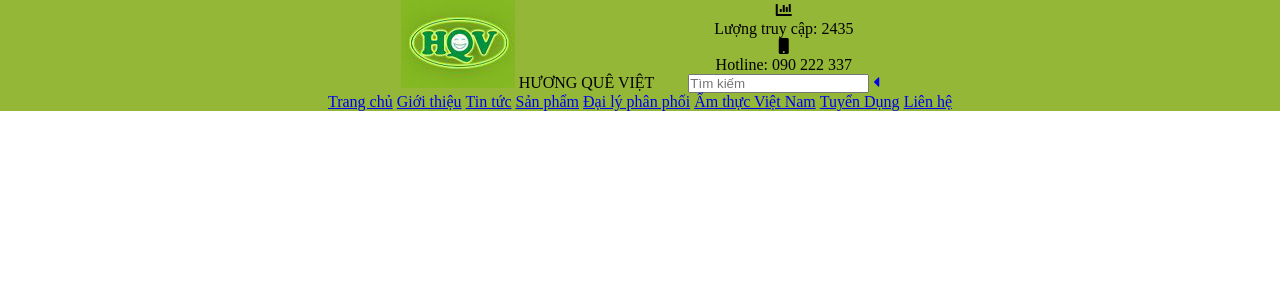
Repository: NgocTruong0701/Self_Learning
Page: html/practice/Baitapweb/index.html
These files come from the project's save history. The page is drawn as it stood at one moment and after a run of saves; the edit follows.
The browser window is 1280 px wide. The pictures show the whole page.

Above is the page before, as saved 2021-10-06 16:40:39.

### html/practice/Baitapweb/index.html
<!DOCTYPE html>
<html>
    <head>
        <title>Web Bài 4</title>
        <meta charset="UTF-8">
        <meta name="author" content="Lê Ngọc Trường">
        <link rel="stylesheet" type="text/css" href="./assets/css/styles.css">
        <link rel="stylesheet" href="./assets/font/fontawesome-free-5.15.4-web/css/all.css">
    </head>

    <body>
        <!-- Begin Header -->
        <header>
            <!-- logo -->
            <div class="logo">
                <img src="./assets/pictures/logo/logo.jpg" alt="logo">
            </div>

            <!-- tiêu đề -->
            <div class="header-heading">
                hương quê việt
            </div>

            <!-- khối bên phải -->
            <div class="box-right">
                <div class="thongtin">
                    <div class="ltruycap">
                        <i class="fas fa-chart-bar"></i>
                        <p>Lượng truy cập: 2435</p>
                    </div>

                    <div class="hotline">
                        <i class="fas fa-mobile"></i>
                        <p>Hotline: 090 222 337</p>
                    </div>
                </div>

                <div class="search">
                    <form action="url" method="GET">
                        <input type="text" placeholder="Tìm kiếm">
                        <a href="#">
                            <i class="fas fa-caret-left"></i>
                        </a>
                    </form>
                </div>
            </div>

            <!-- menu header -->
            <div class="menu-header">
                <ul class="menu-tren">
                    <li><a href="#">Trang chủ</a></li>
                    <li><a href="#">Giới thiệu</a></li>
                    <li><a href="#">Tin tức</a></li>
                    <li><a href="#">Sản phẩm</a></li>
                    <li><a href="#">Đại lý phân phối</a></li>
                    <li><a href="#">Ẩm thực Việt Nam</a></li>
                    <li><a href="#">Tuyển Dụng</a></li>
                    <li><a href="#">Liên hệ</a></li>
                </ul>
            </div>

        </header>
        <!-- End Header -->

        <!-- Begin Body -->
        <div id="container">

        </div>
        <!-- End Body -->

        <!-- Begin Footer -->
        <footer>

        </footer>
        <!-- End Footer -->
    </body>
</html>

### html/practice/Baitapweb/assets/css/styles.css
/* RESET CSS */
*{
    padding:0;
    margin: 0;
    box-sizing:border-box;
}

/* Begin Header */
header{
    background-color: #94b737;
    text-align: center;
}

.logo{
    display: inline-block;
}

.header-heading{
    text-transform: uppercase;
    display: inline-block;
    padding-right:30px;
}

header .box-right{
    display: inline-block;
}

.menu-tren li{
    display: inline-block;
}


/* End Header */

/* Begin Container */




/* End Container */

/* Begin Footer */





/* End Footer */

Loaded but not shown: html/practice/Baitapweb/Web4-Webside-LeNgocTruong-2020601391/assets/font/fontawesome-free-5.15.4-web/css/all.css (library)

After the next 2 saves:
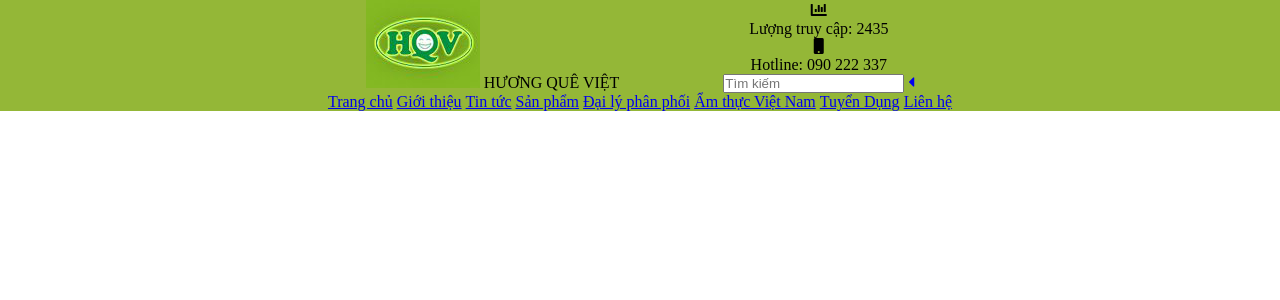
The 2 saves are shown as one change because they came seconds apart.
The last was saved 85 s later.
--- a/html/practice/Baitapweb/assets/css/styles.css
+++ b/html/practice/Baitapweb/assets/css/styles.css
@@ -18,7 +18,8 @@ header{
 .header-heading{
     text-transform: uppercase;
     display: inline-block;
-    padding-right:30px;
+    padding-right:100px;
+
 }
 
 header .box-right{
